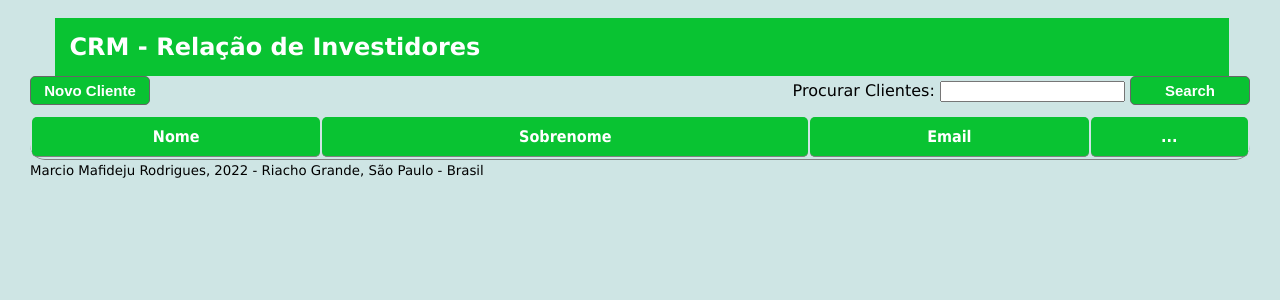
Repository: mafideju/CustomerTracker
Page: http://localhost/web-customer-tracker/WEB-INF/view/list-customers.jsp
These files come from the project's save history. The page is drawn as it stood at one moment and after the next save; the edit follows.
The browser window is 1280 px wide. The pictures show the whole page.
The page is served by Tomcat 9. Nobody is signed in. Other server files are loaded and not shown. The template is opened directly, without the code that normally fills it, so the values that code supplies are empty.

Above is the page before, as saved 2022-01-27 16:18:12.

### web-customer-tracker/WebContent/WEB-INF/view/list-customers.jsp
<%@ taglib uri="http://java.sun.com/jsp/jstl/core" prefix="c" %>
<%@ taglib prefix="form" uri="http://www.springframework.org/tags/form" %>

<!DOCTYPE html>
<html>
	<head>
		<title>Lista de Investidores</title>
		<link type="text/css" rel="stylesheet" href="${pageContext.request.contextPath}/resources/css/style.css">
	</head>

	<body>
		<main>

			<div id="wrapper"  style="display: flex; justify-content: center; align-items: center;">
				<div id="header">
					<h2>CRM - Relação de Investidores</h2>
				</div>
			</div>

			<div class="search-bar">
				<input type="button"
					value="Novo Cliente"
					onclick="window.location.href='showAddForm'; return false;"
					class="add-button" />

	            <form:form action="search" method="GET">
                	<label>Procurar Clientes: <input type="text" name="theSearchName" /></label>
                	<input type="submit" value="Search" class="add-button" />
            </form:form>
			</div>

			<div id="container">
				<div id="content">



					<table>
						<tr>
							<th>Nome</th>
							<th>Sobrenome</th>
							<th>Email</th>
							<th>...</th>
						</tr>

						<c:forEach var="customer" items="${customers}">
							<c:url var="updateLink" value="/customer/showUpdateForm">
								<c:param name="customerId" value="${customer.id}" />
							</c:url>
							<c:url var="deleteLink" value="/customer/delete">
								<c:param name="customerId" value="${customer.id}" />
							</c:url>
							<tr>
								<td>${customer.firstName}</td>
								<td>${customer.lastName}</td>
								<td>${customer.email}</td>
								<td><a href="${updateLink}">Atualizar</a> | <a href="${deleteLink}" onclick="if(!(confirm('Quer deletar mesmo esse cliente?')))return false;">Delete</a></td>
							</tr>
						</c:forEach>

					</table>
				</div>
			</div>

		</main>
		<footer>
			<small>Marcio Mafideju Rodrigues, 2022 - Riacho Grande, São Paulo - Brasil</small>
		</footer>
	</body>
</html>

### web-customer-tracker/WebContent/resources/css/style.css
html, body{
	margin-left:15px;
	margin-right:15px;
	padding:0px;
	font-family:Verdana, Arial, Helvetica, sans-serif;
	background-color: #cee5e4;
}

table {
	border-radius: 15px;
	border-bottom:1px solid gray;
	font-family: Tahoma,Verdana,Segoe,sans-serif;
	width:100%;
}

th {
	border-bottom:1px solid gray;
	background:none repeat scroll 0 0 #09c332;
	padding:10px;
	color: #FFFFFF;
	border-radius: 5px;
}

tr {
	border-top:1px solid gray;
	text-align:center;
}

tr:nth-child(even) {background: #FFFFFF;}
tr:nth-child(odd) {background: #BBBBBB;}

.add-button {
	background: #09c332;
	border: 1px solid #666;
	border-radius: 5px;
	color: white;
	font-size: 15px;
	font-weight: bold;
	padding: 5px 10px;
	width: 120px;
}

.search-bar {
	display: flex;
	justify-content: space-between;
}

#wrapper {
	width: 100%;
	margin-top: 0px;
}

#header {
	width: 95%;
	background: #09c332;
	margin-left: 3px;
	margin-top: 10px;
	padding:15px 0px 15px 15px;
}

#header h2 {
	width: 100%;
	margin:auto;
	color: #FFFFFF;
}

#container {
	width: 100%;
	margin: auto
}

#container h3 {
	color: #000;
}

#container #content {
	margin-top: 10px;
}

After the next save:
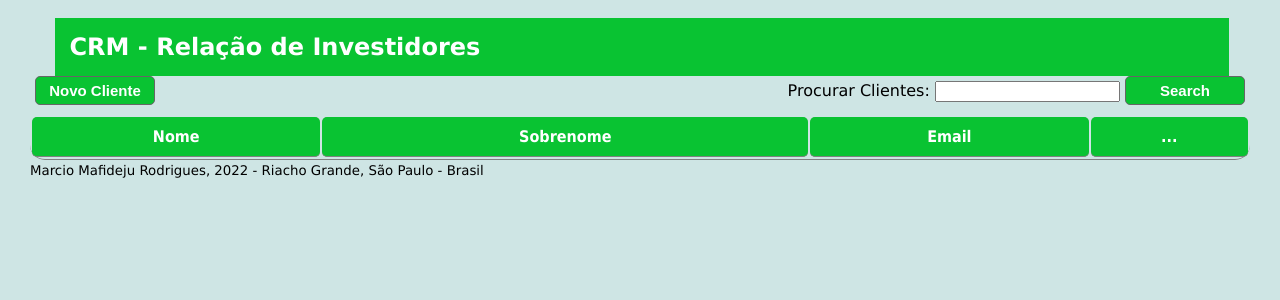
Saved 26 s later.
--- a/web-customer-tracker/WebContent/resources/css/style.css
+++ b/web-customer-tracker/WebContent/resources/css/style.css
@@ -43,6 +43,7 @@ tr:nth-child(odd) {background: #BBBBBB;}
 .search-bar {
 	display: flex;
 	justify-content: space-between;
+	padding: 0 5px;
 }
 
 #wrapper {
